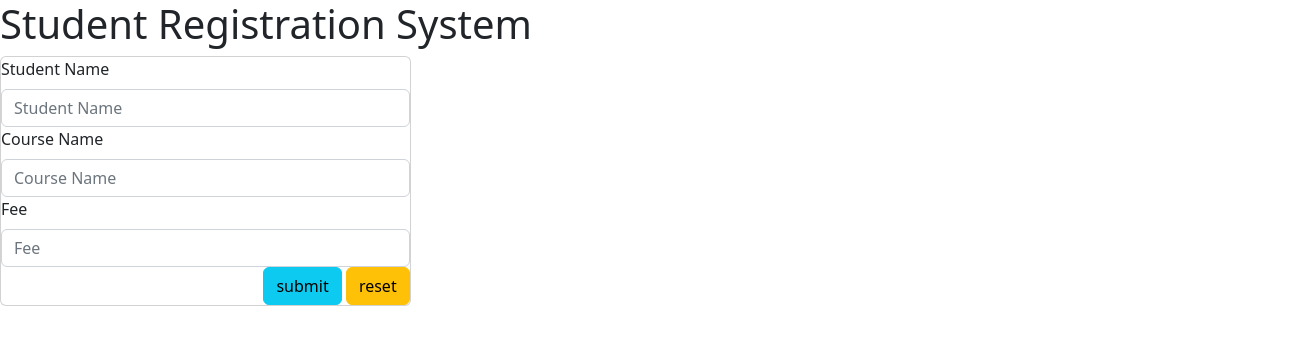
Repository: minhnhien2212/self-study
Page: http://localhost/StudentRegistration/
An editor plug-in stored every save of this project. The page is shown before and after the next save, followed by the edit.
The browser window is 1280 px wide. The page is 1292 px wide, so the pictures cover 1292 px, including what lies to the right of the window. The pictures show the whole page.
The page is served by Tomcat 9.

Above is the page before, as saved 2022-11-21 03:23:35.

After the next save:
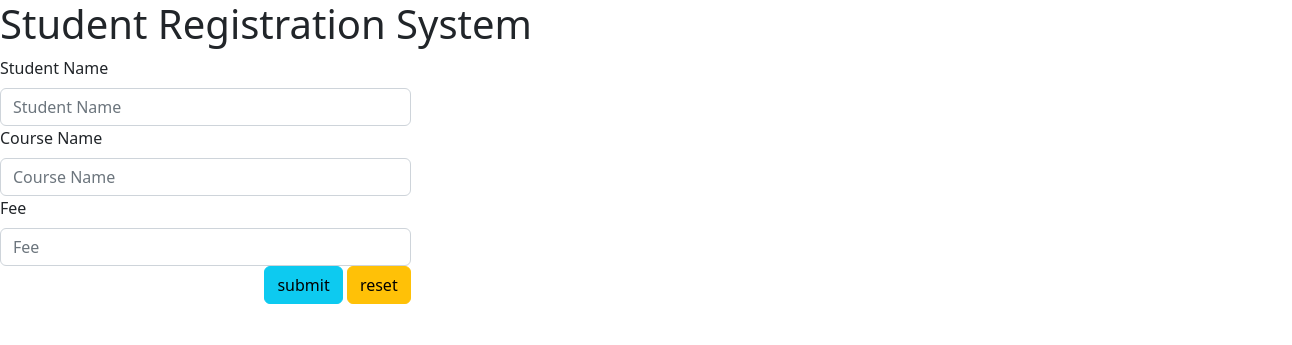
Saved 2 min 49 s later.
--- a/StudentRegistration/src/main/webapp/index.jsp
+++ b/StudentRegistration/src/main/webapp/index.jsp
@@ -14,7 +14,7 @@
 
 	<div class="row">
 		<div class="col-sm-4">
-			<form action="#" class="card" method="POST">
+			<form action="#"  method="POST">
 
 				<div align="left">
 					<label class="form-label">Student Name</label>
